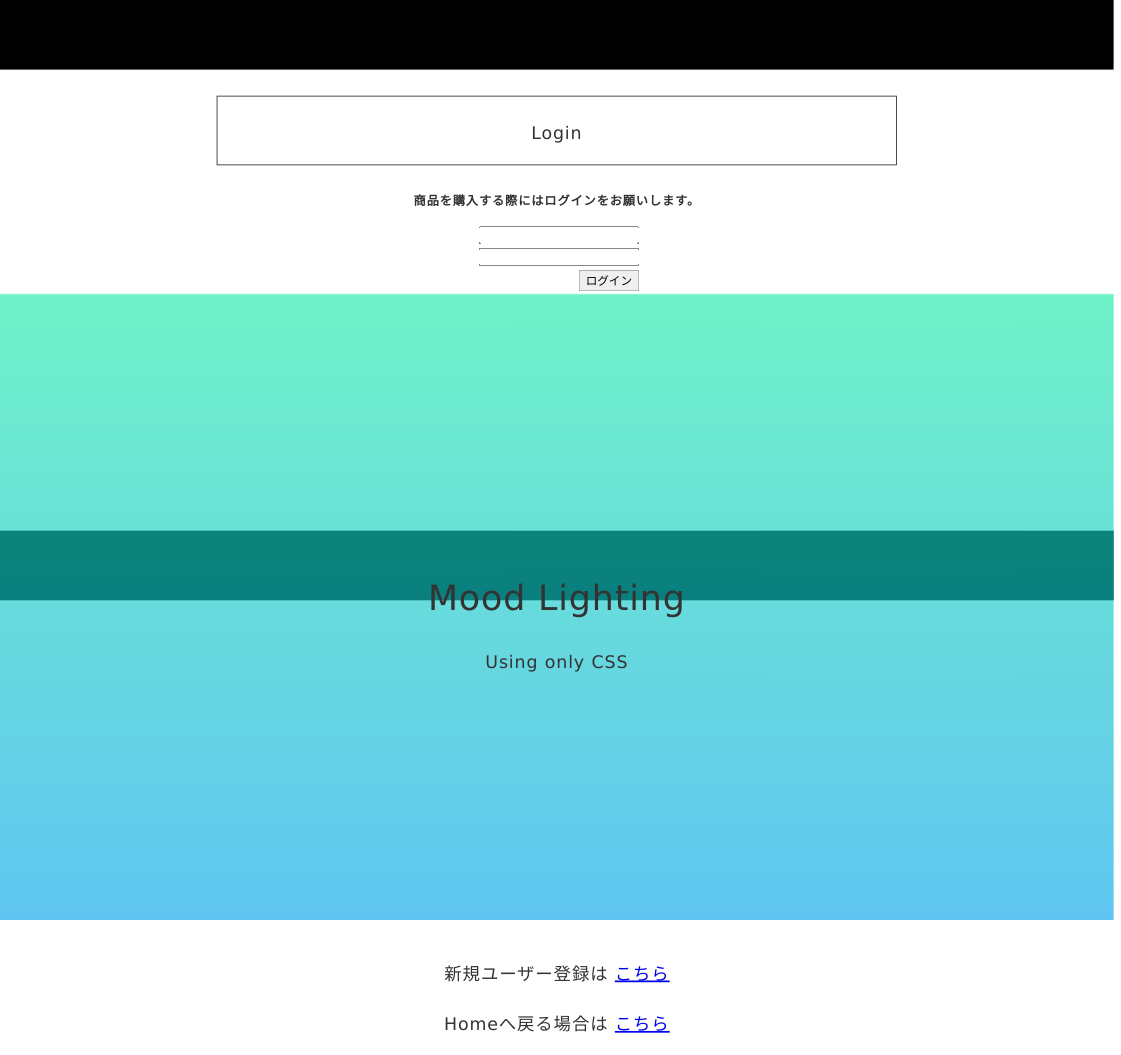
Repository: yanaiwataru/test
Page: http://localhost/ecsite/HomeAction.action
The author's editor kept a copy of each file at every save. The page is drawn from the files as they stood at one save, then again after the next save.
The browser window is 1280 px wide. The page is 1280 px wide, then 1288 px, then 1280 px, so the pictures cover 1288 px, including what lies to the right of the window. The pictures show the whole page, at 87% of full size.
The page is served by Tomcat 9.

Above is the page before, as saved 2018-03-12 04:40:20.

After the next save:
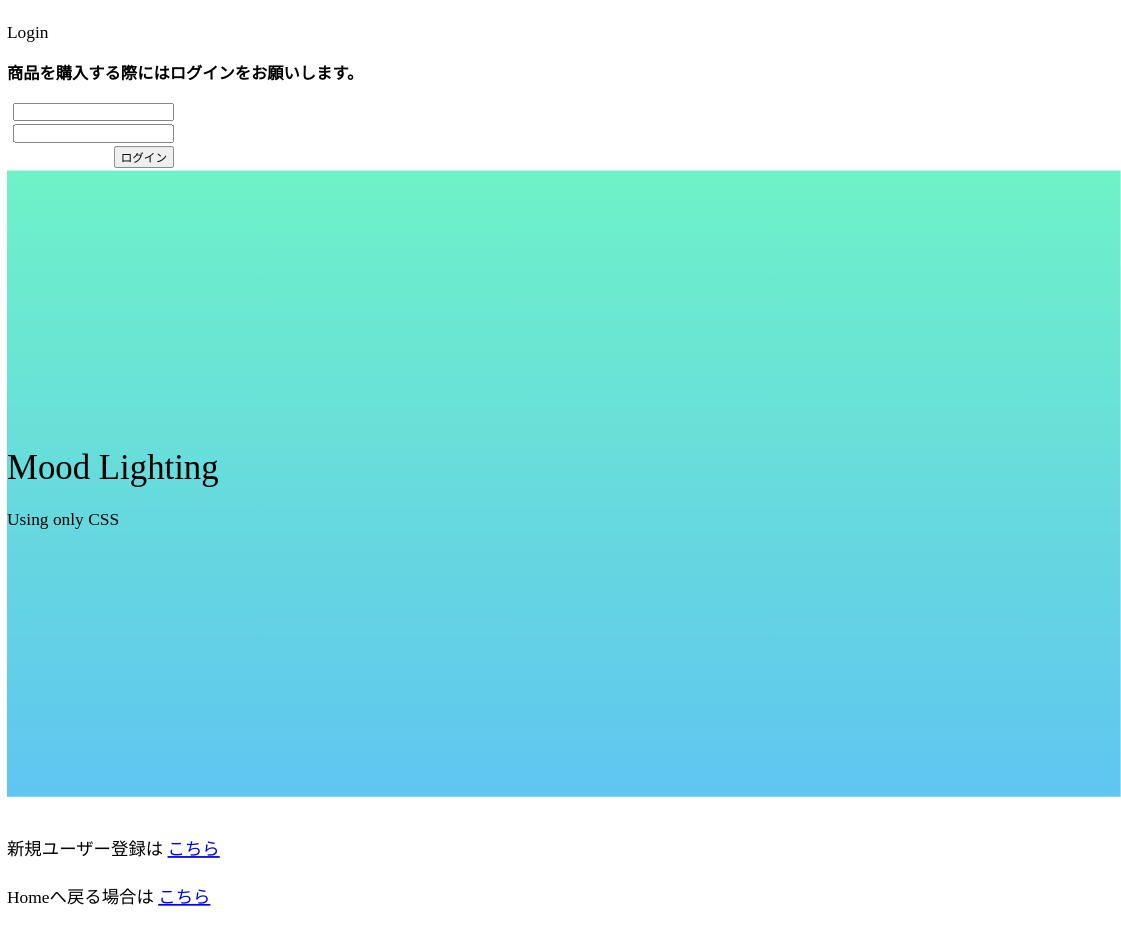
Saved 100 s later.
--- a/ecsite/WebContent/login.jsp
+++ b/ecsite/WebContent/login.jsp
@@ -14,55 +14,7 @@
 <meta name="description" content="" />
 <meta name="keywords" content="" />
 <title>Login画面</title>
-<style type="text/css">
 
-
-
-
-
-body {
-margin:0;
-padding:0;
-line-height:1.6;
-letter-spacing:1px;
-font-family:Verdana, Helvetica, sans-serif;
-font-size:12px;
-color:#333;
-background:#fff;
-}
-table {
-text-align:center;
-margin:0 auto;
-}
-/* ========ID LAYOUT======== */
-#top {
-width:780px;
-margin:30px auto;
-border:1px solid #333;
-}
-#header {
-width: 100%;
-height: 80px;
-background-color: black;
-}
-#main {
-width: 100%;
-height: 500px;
-text-align: center;
-}
-#footer {
-width: 100%;
-height: 80px;
-background-color: black;
-clear:both;
-}
-#text-link {
-display: inline-block;
-text-align: right;
-
-}
-
-</style>
 
 </head>
 <body>

After the save that followed:
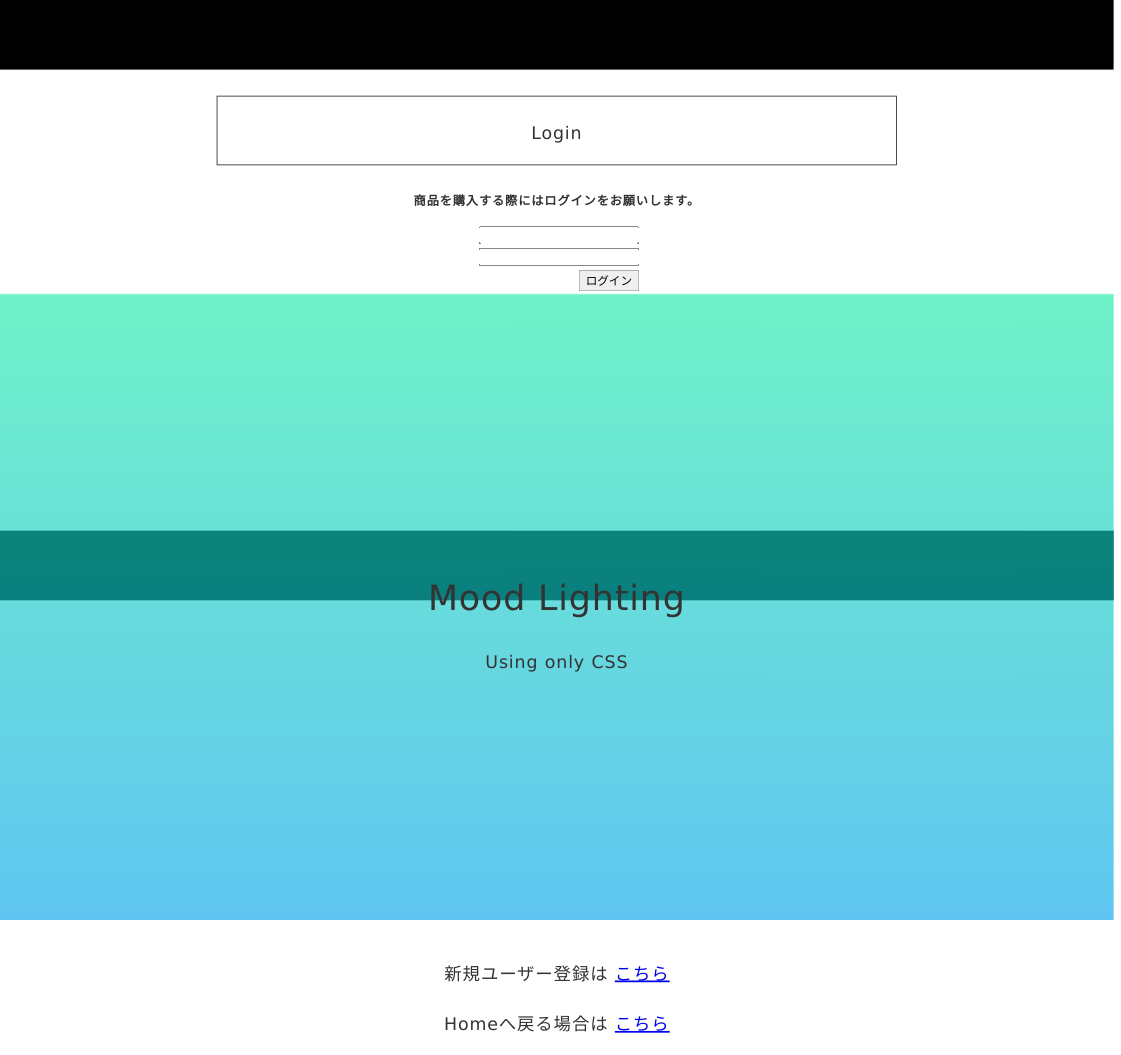
Saved 32 s later.
--- a/ecsite/WebContent/login.jsp
+++ b/ecsite/WebContent/login.jsp
@@ -14,7 +14,55 @@
 <meta name="description" content="" />
 <meta name="keywords" content="" />
 <title>Login画面</title>
+<style type="text/css">
 
+
+
+
+
+body {
+margin:0;
+padding:0;
+line-height:1.6;
+letter-spacing:1px;
+font-family:Verdana, Helvetica, sans-serif;
+font-size:12px;
+color:#333;
+background:#fff;
+}
+table {
+text-align:center;
+margin:0 auto;
+}
+/* ========ID LAYOUT======== */
+#top {
+width:780px;
+margin:30px auto;
+border:1px solid #333;
+}
+#header {
+width: 100%;
+height: 80px;
+background-color: black;
+}
+#main {
+width: 100%;
+height: 500px;
+text-align: center;
+}
+#footer {
+width: 100%;
+height: 80px;
+background-color: black;
+clear:both;
+}
+#text-link {
+display: inline-block;
+text-align: right;
+
+}
+
+</style>
 
 </head>
 <body>
